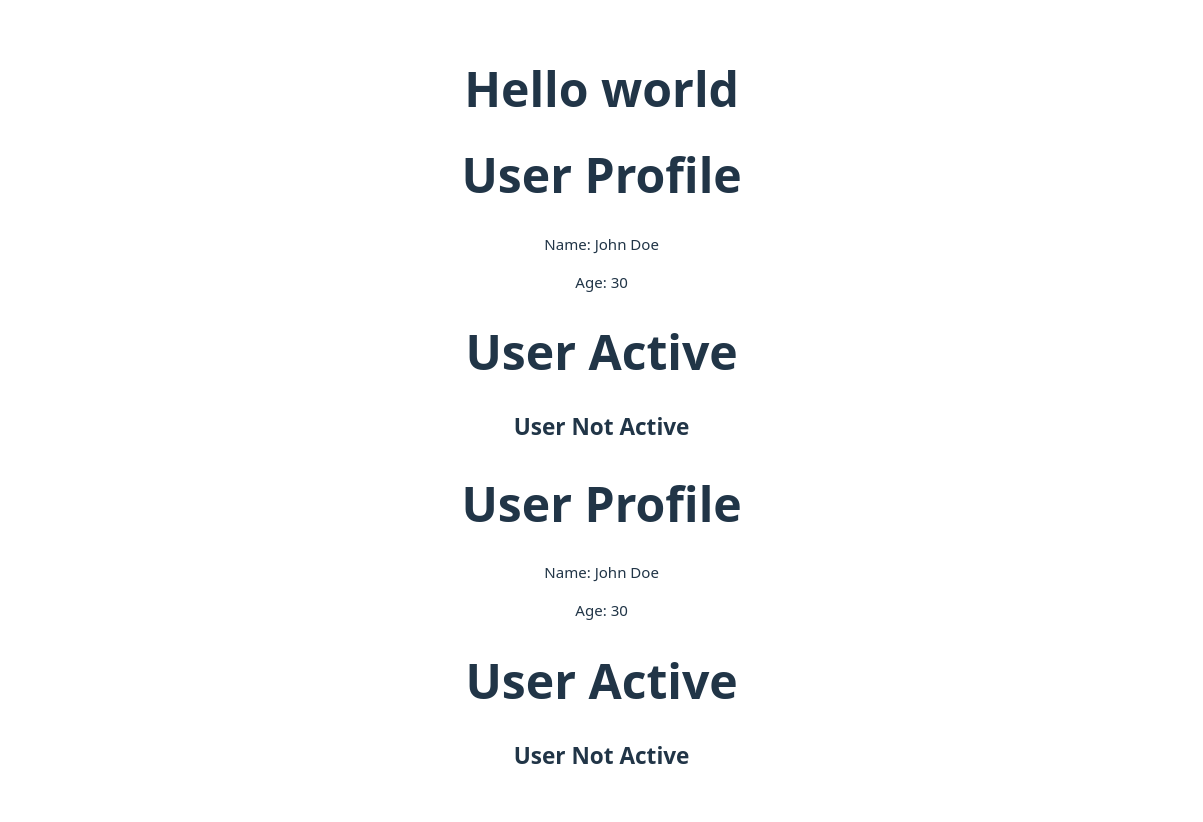
Repository: Janum4444/React-learning
Page: /
These files come from the project's save history. The page is drawn as it stood at one moment and after the next save; the edit follows.
The browser window is 1280 px wide. The pictures show the whole page, at 94% of full size.
The project was rebuilt for these pictures with package versions that can differ from the ones it lists, and the page was loaded fresh each time. Also part of the build but not shown: vite.config.js, src/Button.jsx, src/DynamicToaster.jsx, src/Hello.jsx.

Above is the page before, as saved 2026-02-22 12:43:28.

### src/App.jsx

import './App.css'
import { DynamicToaster } from './DynamicToaster.jsx'
import { Hello } from './Hello.jsx'
import {UserProfile, CustomComponent} from './UserProfile.jsx'

function App() {

  // let product = [
  //   {
  //     id: 1,
  //     name: "Product 1",
  //     price: 100
  //   },
  //   {
  //     id: 2,
  //     name: "Product 2",
  //     price: 200
  //   }
  // ]

  return (
    <>
      <div>
        <h1> Hello world</h1>
        <UserProfile name="John Doe" age={30} email="john.doe@example.com" isActive={true} />
        <UserProfile name="John Doe 2" age={40} email="john.doe@example.com" isActive={false} />




        {/* <CustomComponent />
        <Hello />   */}
        {/* <DynamicToaster  product={product[0]} />

        {/* //company creation */}
        {/* <DynamicToaster message="Company created successfully!" product={product[0]} label="Company close" temp="temp data" />

        <DynamicToaster message="Role created successfully!" />   */}


      </div>
    </>
  )
}

export default App

### src/UserProfile.jsx


export const UserProfile = () => {
    return (
        <div>
            <h1> User Profile </h1>
            <p>Name: John Doe</p>
            <p>Age: 30</p>
            <h1>User Active</h1>
            <h2>User Not Active</h2>
        </div>
    )
}


export const CustomComponent = () => {
    return (
        <div>
            <h1> Custom Component </h1>
        </div>
    )
}

Loaded but not shown: src/main.jsx (common file); src/index.css (common file); src/App.css (common file)

After the next save:
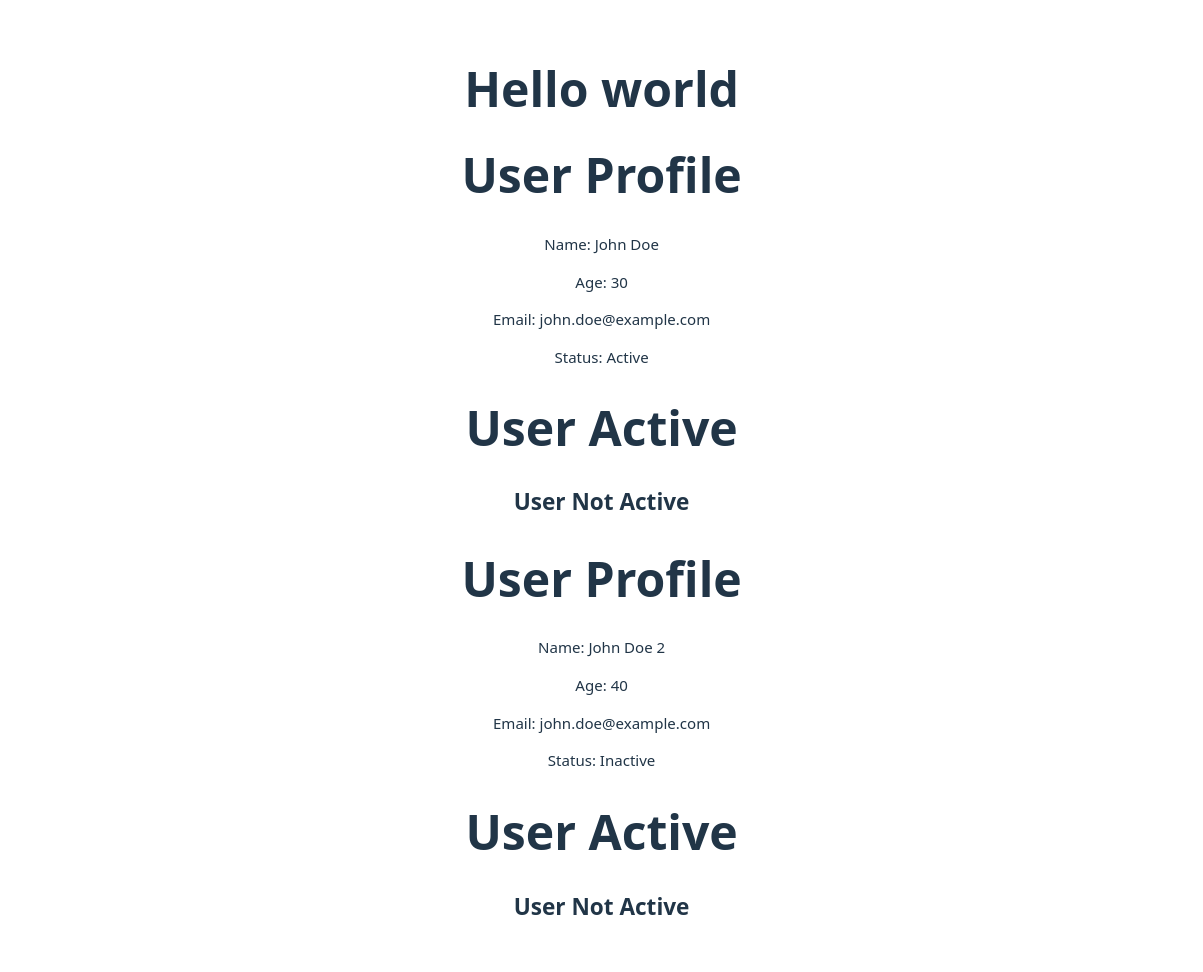
Saved 15 s later.
--- a/src/UserProfile.jsx
+++ b/src/UserProfile.jsx
@@ -1,11 +1,13 @@
 
 
-export const UserProfile = () => {
+export const UserProfile = ({name, age, email, isActive}) => {
     return (
         <div>
             <h1> User Profile </h1>
-            <p>Name: John Doe</p>
-            <p>Age: 30</p>
+            <p>Name: {name}</p>
+            <p>Age: {age}</p>
+            <p>Email: {email}</p>
+            <p>Status: {isActive ? "Active" : "Inactive"}</p>
             <h1>User Active</h1>
             <h2>User Not Active</h2>
         </div>
